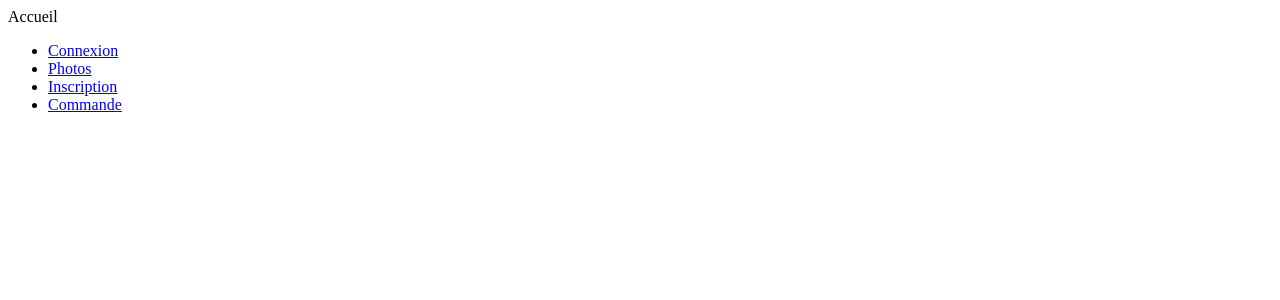
Repository: moueza/javaJ2EE
Page: http://localhost/tp3v2/accueil.jsp
The author's editor kept a copy of each file at every save. The page is drawn from the files as they stood at one save, then again after the next save.
The browser window is 1280 px wide. The pictures show the whole page.
The page is served by Tomcat 9. Other server files are loaded and not shown.

Above is the page before, as saved 2017-02-16 14:31:52.

### J2EEimie/workspaceJ2EE/tp3v2/WebContent/accueil.jsp
<%@ page language="java" contentType="text/html; charset=ISO-8859-1"
	pageEncoding="ISO-8859-1"%>
<!DOCTYPE html PUBLIC "-//W3C//DTD HTML 4.01 Transitional//EN" "http://www.w3.org/TR/html4/loose.dtd">
<html>
<head>
<meta http-equiv="Content-Type" content="text/html; charset=ISO-8859-1">
<title>Insert title here</title>
</head>
<body>
	Accueil


	<ul>
		<li><a href="http://localhost:8080/tp3v2/connexion">Connexion</a></li>
		<li><a href="photoss">Photos</a></li>
		<li><a href="insc">Inscription</a></li>
		<li><a href="comm">Commande</a></li>
	</ul>


</body>
</html>

After the next save:
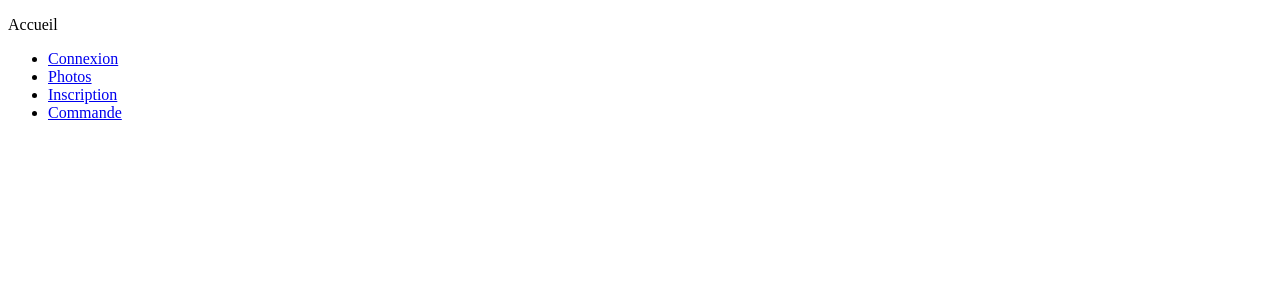
Saved 40 s later.
--- a/J2EEimie/workspaceJ2EE/tp3v2/WebContent/accueil.jsp
+++ b/J2EEimie/workspaceJ2EE/tp3v2/WebContent/accueil.jsp
@@ -6,10 +6,9 @@
 <meta http-equiv="Content-Type" content="text/html; charset=ISO-8859-1">
 <title>Insert title here</title>
 </head>
+
 <body>
-	Accueil
-
-
+	<p>Accueil
 	<ul>
 		<li><a href="http://localhost:8080/tp3v2/connexion">Connexion</a></li>
 		<li><a href="photoss">Photos</a></li>
@@ -17,6 +16,6 @@
 		<li><a href="comm">Commande</a></li>
 	</ul>
 
-
+	</p>
 </body>
 </html>
